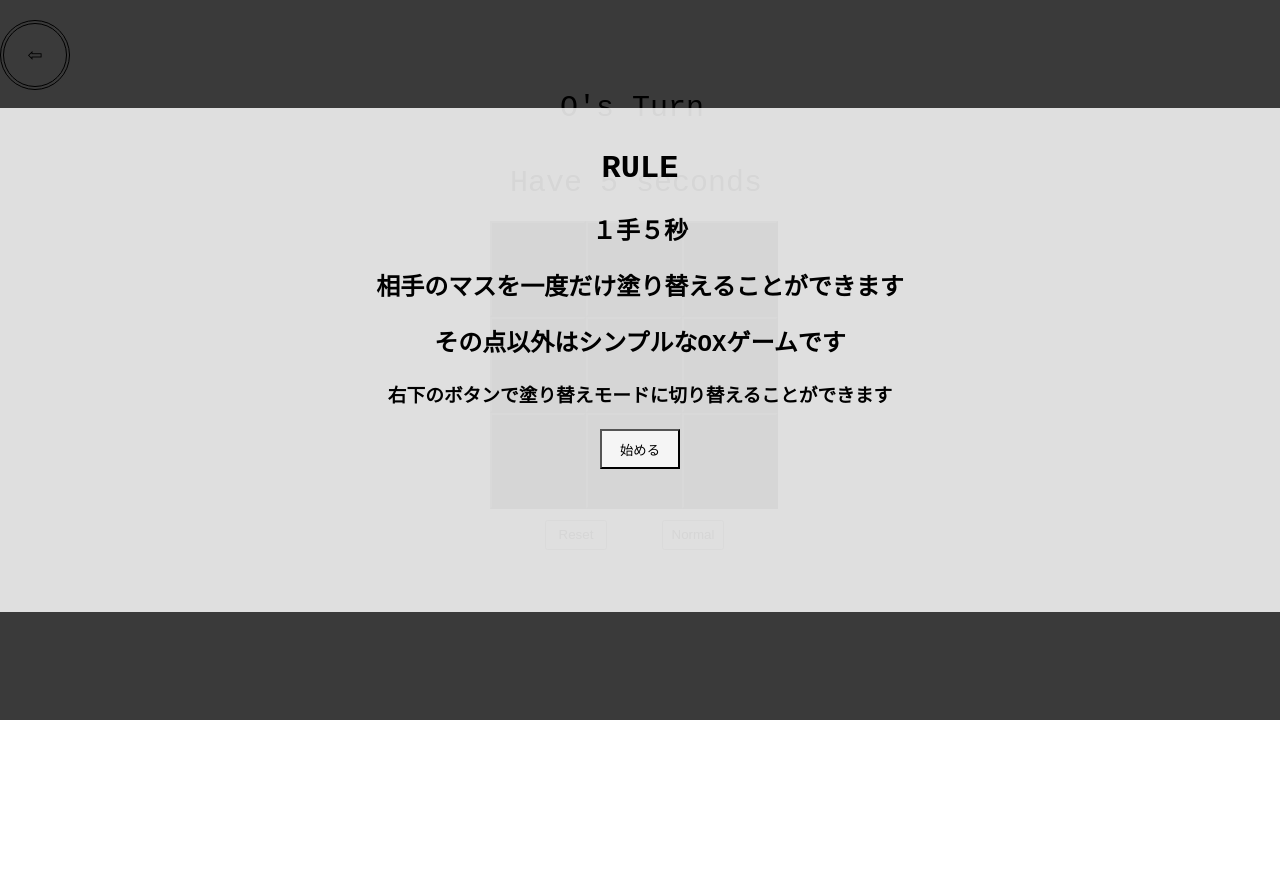
Repository: Mush-s/Folio-OX
Page: /tictactou
The author's editor kept a copy of each file at every save. The page is drawn from the files as they stood at one save, then again after the next save.
The browser window is 1280 px wide. The pictures show the whole page.
The project was rebuilt for these pictures with package versions that can differ from the ones it lists, and the page was loaded fresh each time. Also part of the build but not shown: src/TicTacToe/AfterGame/AfterGame.css, src/TicTacToe/AfterGame/AfterGame.js, src/NanMon/BeforeGame/BeforeGame.js, src/NanMon/Game/Character/Character.css, src/NanMon/Game/Player/Player.js, src/NanMon/AfterGame/AfterGame1.css, src/NanMon/AfterGame/AfterGame1.js, src/NanMon/Game/Correct/Correct.css and 8 more.

Above is the page before, as saved 2022-09-20 16:00:46.

After the next save:
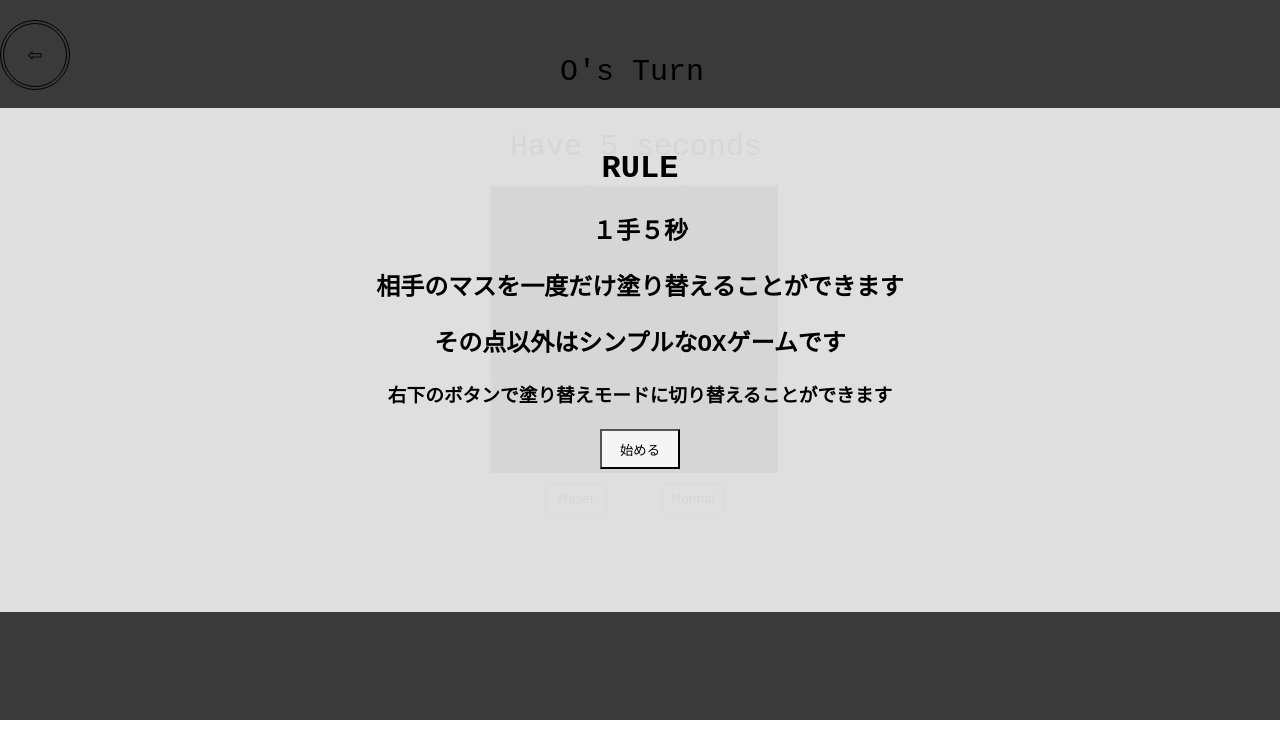
Saved 58 s later.
--- a/src/App.css
+++ b/src/App.css
@@ -1,6 +1,6 @@
 .app {
   position: relative;
-  height: 120vh;
+  height: 100vh;
   width: 100%;
   font-family: "Courier New", Courier, monospace;
   /* background-image: url(https://png.pngtree.com/thumb_back/fh260/background/20210308/pngtree-vs-versus-challenge-gaming-background-banner-blue-image_582152.jpg);
